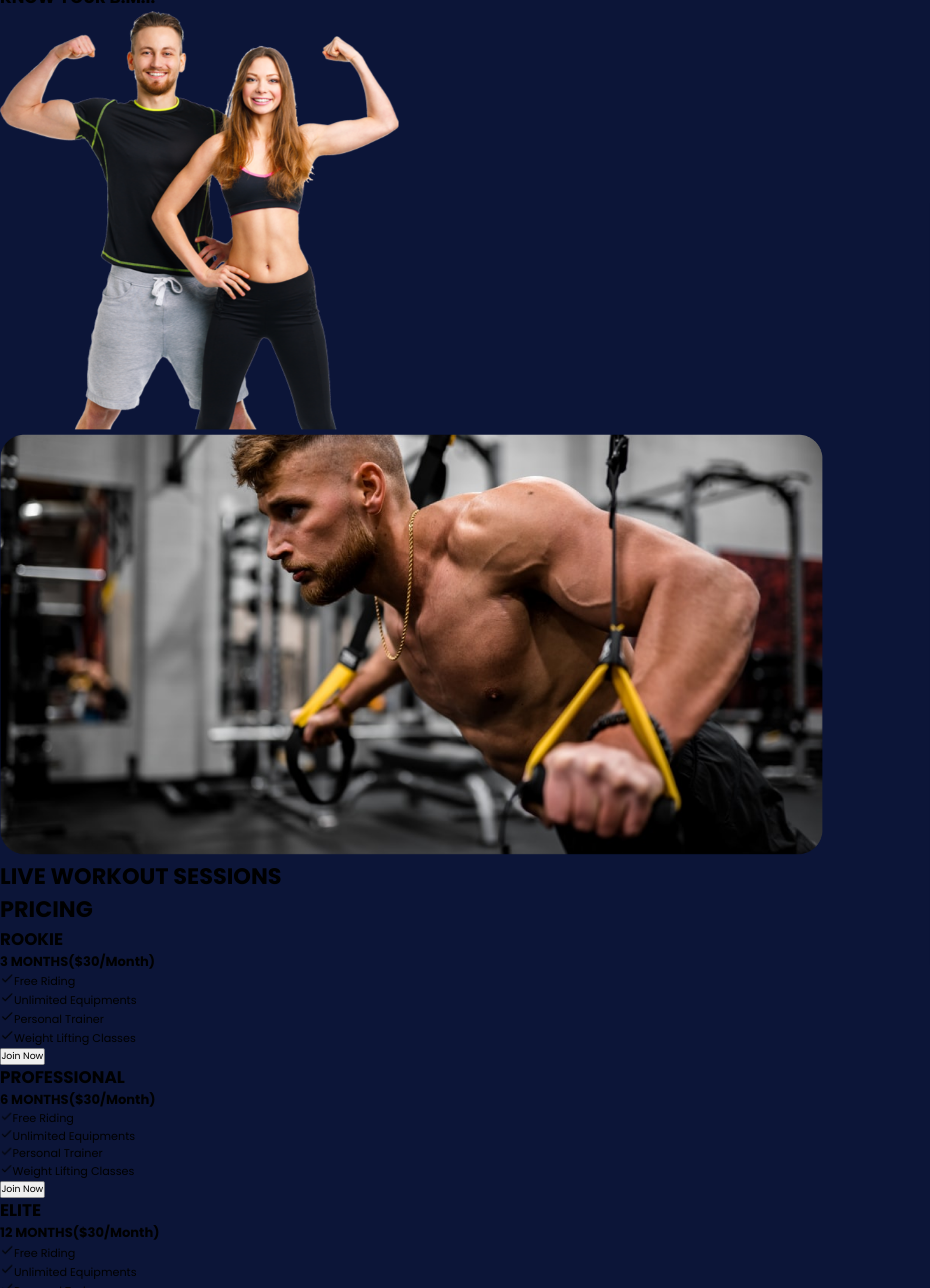
Repository: Rellzcodez/Group1-Team8
Page: index.html
The author's editor kept a copy of each file at every save. The page is drawn from the files as they stood at one save, then again after a run of saves.
The browser window is 1280 px wide. The page is 1328 px wide, so the pictures cover 1328 px, including what lies to the right of the window. The pictures show the part of the page from y = 1888 to 3728 px (the page is 3798 px tall), at 70% of full size.

Above is the page before, as saved 2022-09-02 10:19:37.

After the next 2 saves:
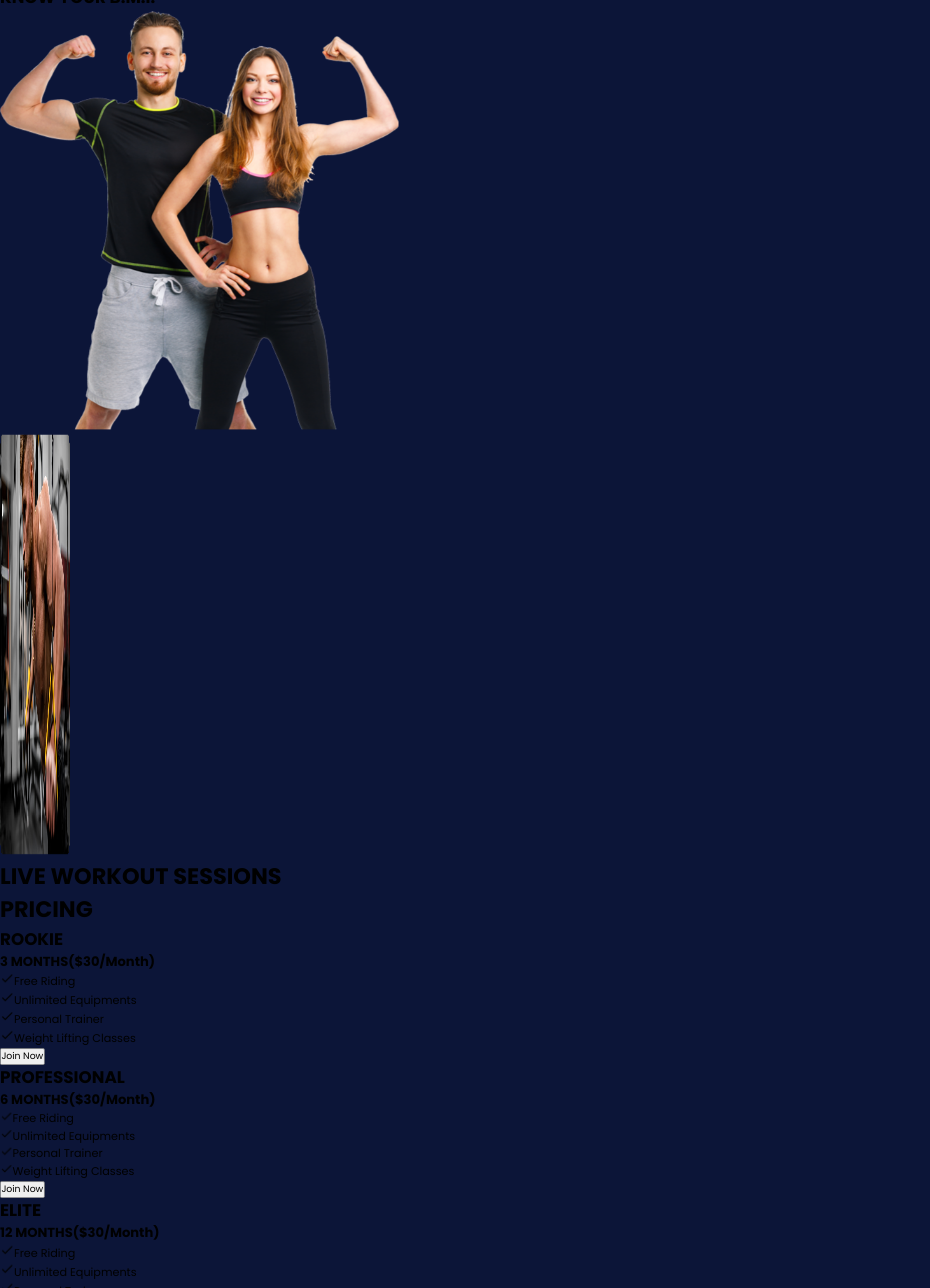
The 2 saves are shown as one change because they came seconds apart.
The last was saved 6 s later.
--- a/index.html
+++ b/index.html
@@ -118,7 +118,7 @@
 
         <!-- THE LIVE WORKOUT SESSION STARTS HERE -->
 <div class="live-workout">
-    <img src="images/live-session-workout.png" alt="live workout" height="600px" >
+    <img src="images/live-session-workout.png" alt="live workout" height="600px" width="100">
     <h1 class="live">LIVE WORKOUT SESSIONS</h1>
 
 
